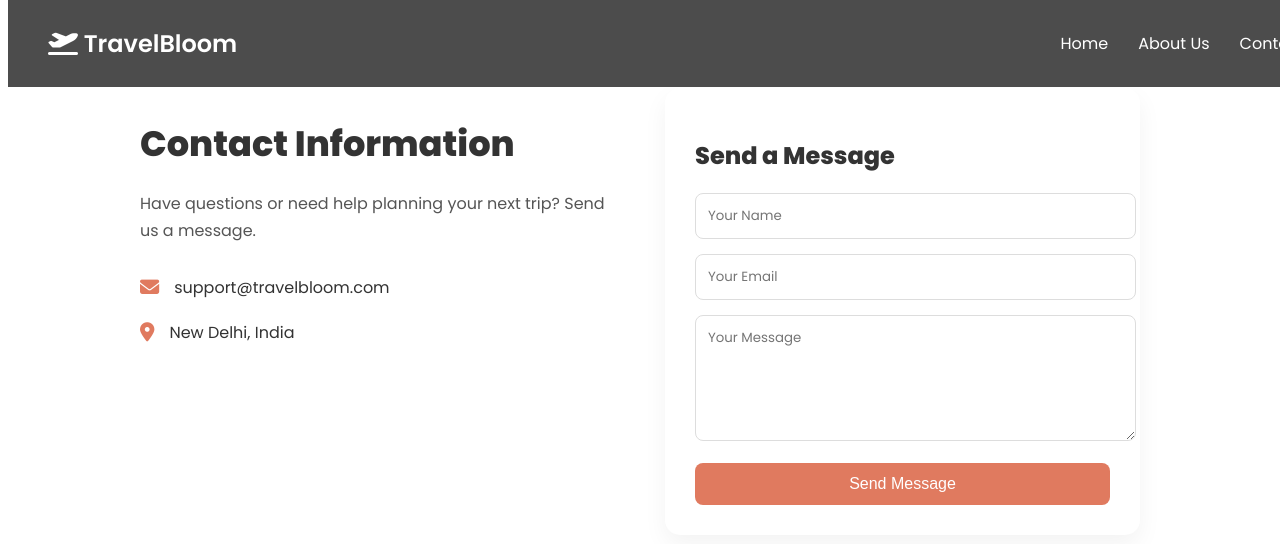
Repository: LatikaAdhikari064/TravelBloom_Project
Page: contact.html
These files come from the project's save history. The page is drawn as it stood at one moment and after the next save; the edit follows.
The browser window is 1280 px wide. The pictures show the whole page.

Above is the page before, as saved 2026-01-08 20:56:47.

### contact.html
<!DOCTYPE html>
<html lang="en">
<head>
    <meta charset="UTF-8">
    <meta name="viewport" content="width=device-width, initial-scale=1.0">
    <title>Contact Us - TravelBloom</title>

    <!-- Fonts & Icons -->
    <link href="https://fonts.googleapis.com/css2?family=Poppins:wght@300;400;600;800&display=swap" rel="stylesheet">
    <link rel="stylesheet" href="https://cdnjs.cloudflare.com/ajax/libs/font-awesome/6.4.0/css/all.min.css">

    <!-- CSS -->
    <link rel="stylesheet" href="contact.css">
</head>
<body>

    <nav class="navbar">
        <div class="logo">
            <i class="fas fa-plane-departure"></i> TravelBloom
        </div>
        <ul class="nav-links">
            <li><a href="/">Home</a></li>
            <li><a href="about.html">About Us</a></li>
            <li><a href="contact.html">Contact Us</a></li>
        </ul>
    </nav>
    <!-- CONTACT SECTION -->
    <section class="contact-section">
        <div class="contact-container">

            <!-- INFO -->
            <div class="contact-info">
                <h2>Contact Information</h2>
                <p>Have questions or need help planning your next trip? Send us a message.</p>

                <div class="info-item">
                    <i class="fas fa-envelope"></i>
                    <span>support@travelbloom.com</span>
                </div>

                <div class="info-item">
                    <i class="fas fa-map-marker-alt"></i>
                    <span>New Delhi, India</span>
                </div>
            </div>

            <!-- FORM -->
            <form class="contact-form">
                <h2>Send a Message</h2>

                <input type="text" placeholder="Your Name" required>
                <input type="email" placeholder="Your Email" required>
                <textarea placeholder="Your Message" rows="5" required></textarea>

                <button type="submit">Send Message</button>
            </form>

        </div>
    </section>

</body>
</html>

### contact.css
/* --- CONTACT PAGE STYLES --- */

body {
    font-family: 'Poppins', sans-serif;
}
/* --- Navigation Bar --- */
.navbar {
    position: fixed;
    top: 0;
    width: 100%;
    padding: 15px 40px;
    display: flex;
    justify-content: space-between;
    align-items: center;
    background: rgba(0, 0, 0, 0.7);
    backdrop-filter: blur(8px);
    z-index: 1000;
}

.logo {
    font-size: 1.5rem;
    font-weight: 600;
    color: white;
}

.nav-links {
    list-style: none;
    display: flex;
    gap: 30px;
}

.nav-links a {
    text-decoration: none;
    color: white;
    font-weight: 400;
    transition: color 0.3s;
}

.nav-links a:hover,
.nav-links a.active {
    color: #E07A5F;
}

.contact-hero h1 {
    font-size: 3rem;
    font-weight: 800;
}

.contact-hero p {
    font-size: 1.1rem;
    opacity: 0.9;
}

/* SECTION */
.contact-section {
    padding: 80px 20px;
    background:white;
}

.contact-container {
    max-width: 1000px;
    margin: auto;
    display: grid;
    grid-template-columns: 1fr 1fr;
    gap: 50px;
}

/* INFO */
.contact-info h2 {
    font-size: 2.2rem;
    margin-bottom: 20px;
    color: #333;
}

.contact-info p {
    color: #555;
    margin-bottom: 30px;
    line-height: 1.7;
}

.info-item {
    display: flex;
    align-items: center;
    gap: 15px;
    margin-bottom: 20px;
    color: #333;
}

.info-item i {
    color: #E07A5F;
    font-size: 1.2rem;
}

/* FORM */
.contact-form {
    background: white;
    padding: 30px;
    border-radius: 15px;
    box-shadow: 0 10px 25px rgba(0,0,0,0.05);
}

.contact-form h2 {
    margin-bottom: 20px;
    color: #333;
}

.contact-form input,
.contact-form textarea {
    width: 100%;
    padding: 12px;
    margin-bottom: 15px;
    border-radius: 8px;
    border: 1px solid #ddd;
    font-family: inherit;
}

.contact-form input:focus,
.contact-form textarea:focus {
    outline: none;
    border-color: #E07A5F;
}

.contact-form button {
    width: 100%;
    padding: 12px;
    background: #E07A5F;
    border: none;
    color: white;
    font-size: 1rem;
    border-radius: 8px;
    cursor: pointer;
    transition: background 0.3s;
}

.contact-form button:hover {
    background: #cf6a52;
}

/* RESPONSIVE */
@media (max-width: 768px) {
    .contact-container {
        grid-template-columns: 1fr;
    }

    .contact-hero h1 {
        font-size: 2.2rem;
    }
}

After the next save:
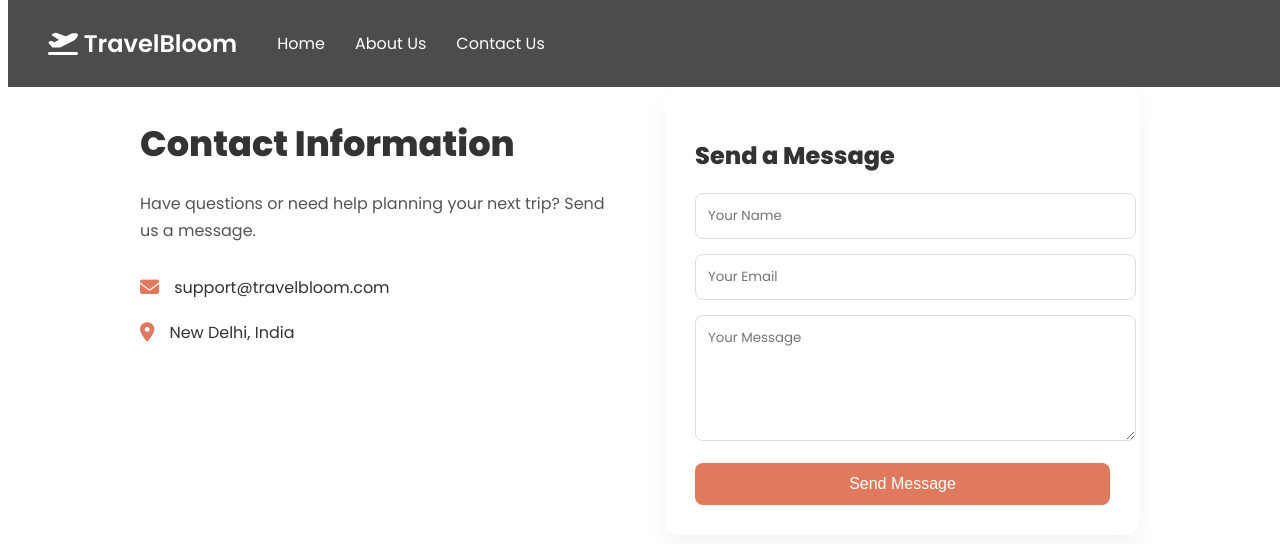
Saved 21 s later.
--- a/contact.css
+++ b/contact.css
@@ -10,7 +10,7 @@ body {
     width: 100%;
     padding: 15px 40px;
     display: flex;
-    justify-content: space-between;
+    /* justify-content: space-between; */
     align-items: center;
     background: rgba(0, 0, 0, 0.7);
     backdrop-filter: blur(8px);
